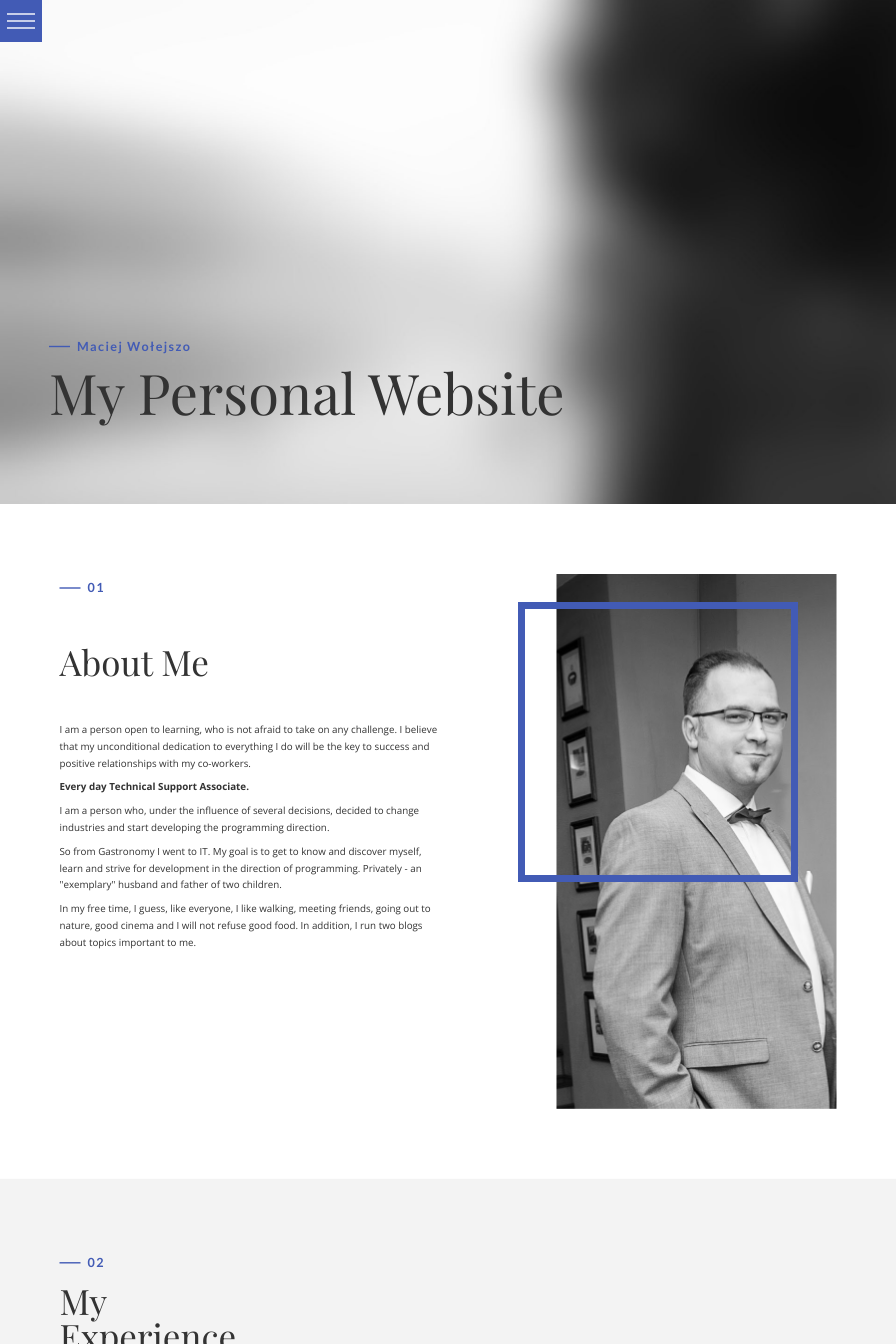
Repository: Maciej85Lodz/maciejwolejszo.pl
Page: index.html
These files come from the project's save history. The page is drawn as it stood at one moment and after the next save; the edit follows.
The browser window is 1280 px wide. The pictures show the part of the page from y = 0 to 1920 px (the page is 3901 px tall), at 70% of full size.
Some web fonts or font styles are not loaded; a fallback is used. Some web libraries are served in a nearby version.

Above is the page before, as saved 2019-07-01 14:47:36.
Console error: TypeError: Cannot set properties of null (setting 'innerHTML')

### index.html
<!DOCTYPE html>
<html lang="en">

<head>
    <meta charset="utf-8">
    <meta http-equiv="X-UA-Compatible" content="IE=edge">
    <meta name="viewport" content="width=device-width, initial-scale=1">
    <title>Maciej Wołejszo</title>
    <link rel="icon" href="img/favicon.ico" type="image/x-icon">
    <!-- Bootstrap -->
    <link href="css/bootstrap.min.css" rel="stylesheet">
    <link href="ionicons/css/ionicons.min.css" rel="stylesheet">
    <link href="css/animate.min.css" rel="stylesheet">
    <link href="css/aos.css" rel="stylesheet">
    <!-- main style -->
    <link href="css/style.css" rel="stylesheet">
    <!-- techno icons -->
    <link rel="stylesheet" href="https://cdn.rawgit.com/konpa/devicon/df6431e323547add1b4cf45992913f15286456d3/devicon.min.css">
    <!-- hamburger menu -->
    <link rel="stylesheet" href="https://use.fontawesome.com/releases/v5.6.1/css/all.css">
    <link rel="stylesheet" href="css/menu.css">
</head>

<body>
    <!-- Preloader -->
    <div id="preloader">
        <div id="status">
            <div class="preloader" aria-busy="true" aria-label="Loading, please wait." role="progressbar"></div>
        </div>
    </div>
    <!-- ./Preloader -->
    <!-- header -->
    <div class="menu-wrap">
        <input type="checkbox" class="toggler">
        <div class="hamburger">
            <div></div>
        </div>
        <div class="menu">
            <div>
                <div>
                    <ul>
                        <li><a href="#about">About Me</a></li>
                        <li><a href="#experience">experience</a></li>
                        <li><a href="#technologies">main technologies</a></li>
                        <li><a href="#projects">projects</a></li>
                        <li><a href="#contact">contact</a></li>
                    </ul>
                </div>
            </div>
        </div>
    </div>
    <!-- ./header -->
    <!-- home -->
    <div class="section" id="home" data-stellar-background-ratio="0">
        <div class="container">
            <div class="disply-table">
                <div class="table-cell" data-aos="fade-up" data-aos-delay="0">
                    <h4>Maciej Wołejszo</h4>
                    <h1 class="title-home">My Personal Website</h1>
                </div>
            </div>
        </div>
    </div>
    <!-- ./home -->
    <!-- about -->
    <div class="section" id="about">
        <div class="container">
            <div class="col-md-6" data-aos="fade-up">
                <h4>01</h4>
                <h1 class="size-50"><br /> About Me</h1>
                <div class="h-50"></div>
                <p>I am a person open to learning, who is not afraid to take on any challenge. I believe that my unconditional dedication to everything I do will be the key to success and positive relationships with my co-workers. </p>
                <p><strong>Every day Technical Support Associate.</strong></p>
                <p>I am a person who, under the influence of several decisions, decided to change industries and start developing the programming direction. </p>
                <p>So from Gastronomy I went to IT. My goal is to get to know and discover myself, learn and strive for development in the direction of programming. Privately - an "exemplary" husband and father of two children. </p>
                <p>In my free time, I guess, like everyone, I like walking, meeting friends, going out to nature, good cinema and I will not refuse good food. In addition, I run two blogs about topics important to me. </p>
                <div class="h-50"></div>
            </div>
            <div class="col-md-6 about-img-div">
                <div class="about-border" data-aos="fade-up" data-aos-delay=".4"></div>
                <img src="img/aboutme.png" width="400" class="img-responsive" alt="" align="right" data-aos="fade-right" data-aos-delay=".5" />
            </div>
        </div>
    </div>
    <!-- ./about -->
    <!-- experience  -->
    <div class="section " id="experience">
        <div class="container">
            <div class="col-md-12">
                <h4>02</h4>
                <h1 class="size-50">My <br /> Experience</h1>
                <div class="h-50"></div>
            </div>
            <div class="col-md-12">
                <ul class="timeline">
                    <li class="timeline-event" data-aos="fade-up">
                        <label class="timeline-event-icon"></label>
                        <div class="timeline-event-copy">
                            <p class="timeline-event-thumbnail">March 2016 - Present</p>
                            <h3>Modis Polska / Peoplevox</h3>
                            <h4>Technical Support Associate</h4>
                            <p>
                                <strong>Key responsibilities</strong>
                                <br>
                                <p>
                                    Work for Peoplevox Limited (http://www.peoplevox.co.uk/), Solving and replying to support tickets raised by external users of an application, Analyzing root causes and identifying a resolution to production issues with an application. Helping testers
                                    write test automation scripts, Fixing simple bugs, Assisting development team with simple development and maintenance tasks with WMS application. Development and maintenance tasks with Internal management application
                                    Creating unit tests (Moq and xUnit).
                                </p>
                            </p>
                        </div>
                    </li>
                </ul>
                <ul class="timeline">
                    <li class="timeline-event" data-aos="fade-up">
                        <label class="timeline-event-icon"></label>
                        <div class="timeline-event-copy">
                            <p class="timeline-event-thumbnail">January 2015 - February 2014</p>
                            <h3>Infosys BPO</h3>
                            <h4>Business Data Analyst at Reporting Shared Services [ReSS] Transformation Team</h4>
                            <p>
                                <strong>Key responsibilities</strong>
                                <br>
                                <p>
                                    Generating and update Reports. Analyzing Reports. Transformation Reports. Support Development Team. Support of Delivery Team.
                                </p>
                            </p>
                        </div>
                    </li>
                </ul>
                <ul class="timeline">
                    <li class="timeline-event" data-aos="fade-up">
                        <label class="timeline-event-icon"></label>
                        <div class="timeline-event-copy">
                            <p class="timeline-event-thumbnail">January 2015 - February 2014</p>
                            <h3>Infosys BPO</h3>
                            <h4>Process Executive at Sourcing & Procurement department</h4>
                            <p>
                                <strong>Key responsibilities</strong>
                                <br>
                                <p>
                                    Purchasing Executive for Philips Netherlands region, Generate and update request in SAP/ SRM system, Create and update Internal Order, Purchasing Order and Cost Center in SAP, Close cooperation and daily contact with Requestor, Support and help in solving
                                    problems and the implementation of urgent notifications, Support other Department buying Philips Netherlands region, Participation in meetings, training sessions and Conference calls with Philips S&P Process Management
                                </p>
                        </div>
                    </li>
                </ul>
                <ul class="timeline">
                    <li class="timeline-event" data-aos="fade-up">
                        <label class="timeline-event-icon"></label>
                        <div class="timeline-event-copy">
                            <p class="timeline-event-thumbnail">August 2012 - January 2014</p>
                            <h3>Staffline Group</h3>
                            <h4>SAP Produkt operative</h4>
                            <p>
                                <strong>Key responsibilities</strong>
                                <br>
                                <p>
                                    Supporting storage processes of products, Relocation of products between departments, Control and review of stock list, Creating the inventory documentation and quality, Producing and verifying shift reports.
                                </p>
                        </div>
                    </li>
                </ul>
                <ul class="timeline">
                    <li class="timeline-event" data-aos="fade-up">
                        <label class="timeline-event-icon"></label>
                        <div class="timeline-event-copy">
                            <p class="timeline-event-thumbnail">November 2009 - December 2010</p>
                            <h3>Fornetti Poland</h3>
                            <h4>Area Sales Manager</h4>
                            <p>
                                <strong>Key responsibilities</strong>
                                <br>
                                <p>
                                    Being responsible for the corporate branch functioning, Handling cost and sales control, Creation of customer service standards, Handling employee training and managing recruitment processes, Cooperation with franchising partners, Leading business negotiations,
                                    Creation of P&L and sales reports
                                </p>
                            </p>
                        </div>
                    </li>
                </ul>
            </div>
        </div>
    </div>
    <!-- ./experience -->





    <!-- jQuery -->
    <script src="js/jquery.js"></script>
    <!--  plugins  -->
    <script src="js/bootstrap.min.js"></script>
    <script src="js/plugins.js"></script>
    <script src="js/aos.js"></script>
    <!--<script src="js/jquery.form.js"></script>-->
    <script src="js/jquery.validate.min.js"></script>

    <!--  main script  -->
    <script src="js/custom.js"></script>
</body>

### css/menu.css
    /* CORE STYLES */

     :root {
        --primary-color: #425BB5;
        --overlay-color: rgba(24, 39, 51, 0.85);
        --menu-speed: 0.75s;
    }
    /* MENU STYLES */

    .menu-wrap {
        position: fixed;
        top: 0;
        left: 0;
        z-index: 1;
    }

    .menu-wrap .toggler {
        position: absolute;
        top: 0;
        left: 0;
        z-index: 2;
        cursor: pointer;
        width: 50px;
        height: 50px;
        opacity: 0;
    }

    .menu-wrap .hamburger {
        position: absolute;
        top: 0;
        left: 0;
        z-index: 1;
        width: 60px;
        height: 60px;
        padding: 1rem;
        background: var(--primary-color);
        display: flex;
        align-items: center;
        justify-content: center;
    }
    /* Hamburger Line */

    .menu-wrap .hamburger>div {
        position: relative;
        flex: none;
        width: 100%;
        height: 2px;
        background: #fff;
        display: flex;
        align-items: center;
        justify-content: center;
        transition: all 0.4s ease;
    }
    /* Hamburger Lines - Top & Bottom */

    .menu-wrap .hamburger>div::before,
    .menu-wrap .hamburger>div::after {
        content: '';
        position: absolute;
        z-index: 1;
        top: -10px;
        width: 100%;
        height: 2px;
        background: inherit;
    }
    /* Moves Line Down */

    .menu-wrap .hamburger>div::after {
        top: 10px;
    }
    /* Toggler Animation */

    .menu-wrap .toggler:checked+.hamburger>div {
        transform: rotate(135deg);
    }
    /* Turns Lines Into X */

    .menu-wrap .toggler:checked+.hamburger>div:before,
    .menu-wrap .toggler:checked+.hamburger>div:after {
        top: 0;
        transform: rotate(90deg);
    }
    /* Rotate On Hover When Checked */

    .menu-wrap .toggler:checked:hover+.hamburger>div {
        transform: rotate(225deg);
    }
    /* Show Menu */

    .menu-wrap .toggler:checked~.menu {
        visibility: visible;
    }

    .menu-wrap .toggler:checked~.menu>div {
        transform: scale(1);
        transition-duration: var(--menu-speed);
    }

    .menu-wrap .toggler:checked~.menu>div>div {
        opacity: 1;
        transition: opacity 0.4s ease 0.4s;
    }

    .menu-wrap .menu {
        position: fixed;
        top: 0;
        left: 0;
        width: 100%;
        height: 100%;
        visibility: hidden;
        overflow: hidden;
        display: flex;
        align-items: center;
        justify-content: center;
    }

    .menu-wrap .menu>div {
        background: var(--overlay-color);
        border-radius: 50%;
        width: 200vw;
        height: 200vw;
        display: flex;
        flex: none;
        align-items: center;
        justify-content: center;
        transform: scale(0);
        transition: all 0.4s ease;
    }

    .menu-wrap .menu>div>div {
        text-align: center;
        max-width: 90vw;
        max-height: 100vh;
        opacity: 0;
        transition: opacity 0.4s ease;
    }

    .menu-wrap .menu>div>div>ul>li {
        list-style: none;
        color: #fff;
        font-size: 1.5rem;
        padding: 1rem;
    }

    .menu-wrap .menu>div>div>ul>li>a {
        color: inherit;
        text-decoration: none;
        transition: color 0.4s ease;
    }

Loaded but not shown: css/bootstrap.min.css (library); ionicons/css/ionicons.min.css (library); css/animate.min.css (library); css/aos.css (library); js/jquery.js (library); js/bootstrap.min.js (library); js/plugins.js (library); js/aos.js (library); js/jquery.validate.min.js (library); js/custom.js (165 lines, source omitted); css/style.css (821 lines, source omitted)

After the next save:
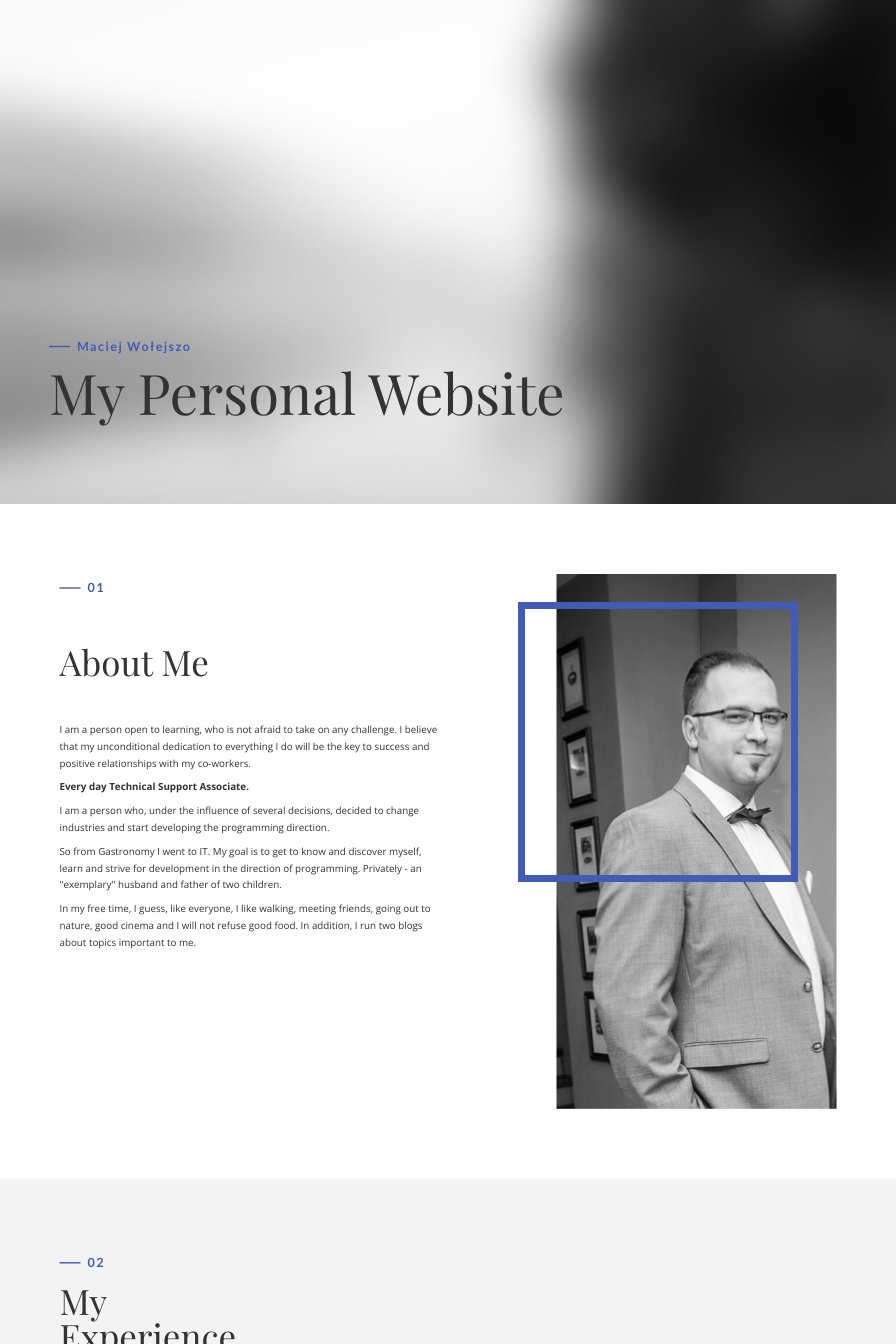
Saved 21 s later.
--- a/css/menu.css
+++ b/css/menu.css
@@ -10,7 +10,7 @@
     .menu-wrap {
         position: fixed;
         top: 0;
-        left: 0;
+        right: 0;
         z-index: 1;
     }
 

After the save that followed:
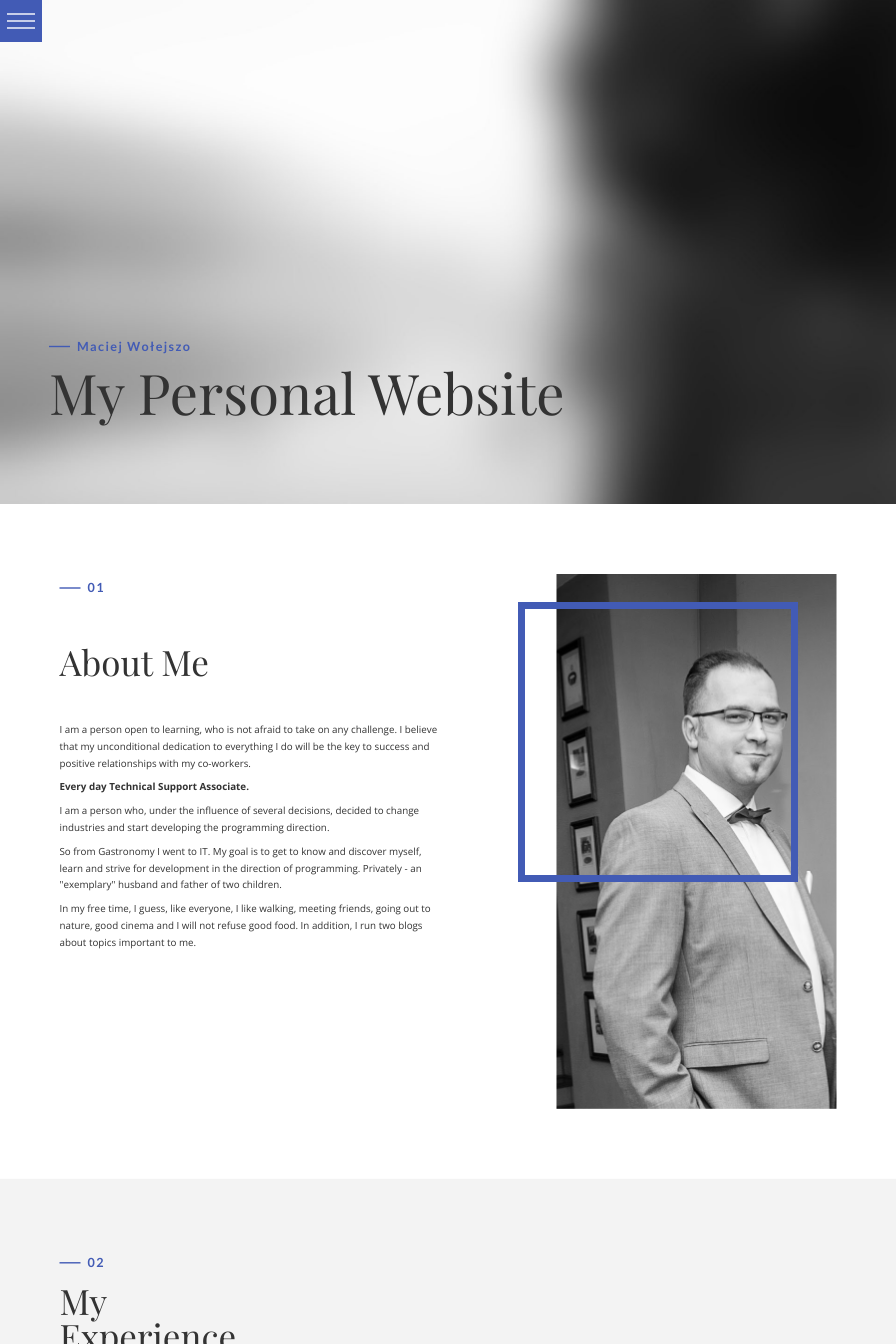
Saved 23 s later.
--- a/css/menu.css
+++ b/css/menu.css
@@ -10,7 +10,7 @@
     .menu-wrap {
         position: fixed;
         top: 0;
-        right: 0;
+        left: 0;
         z-index: 1;
     }
 
